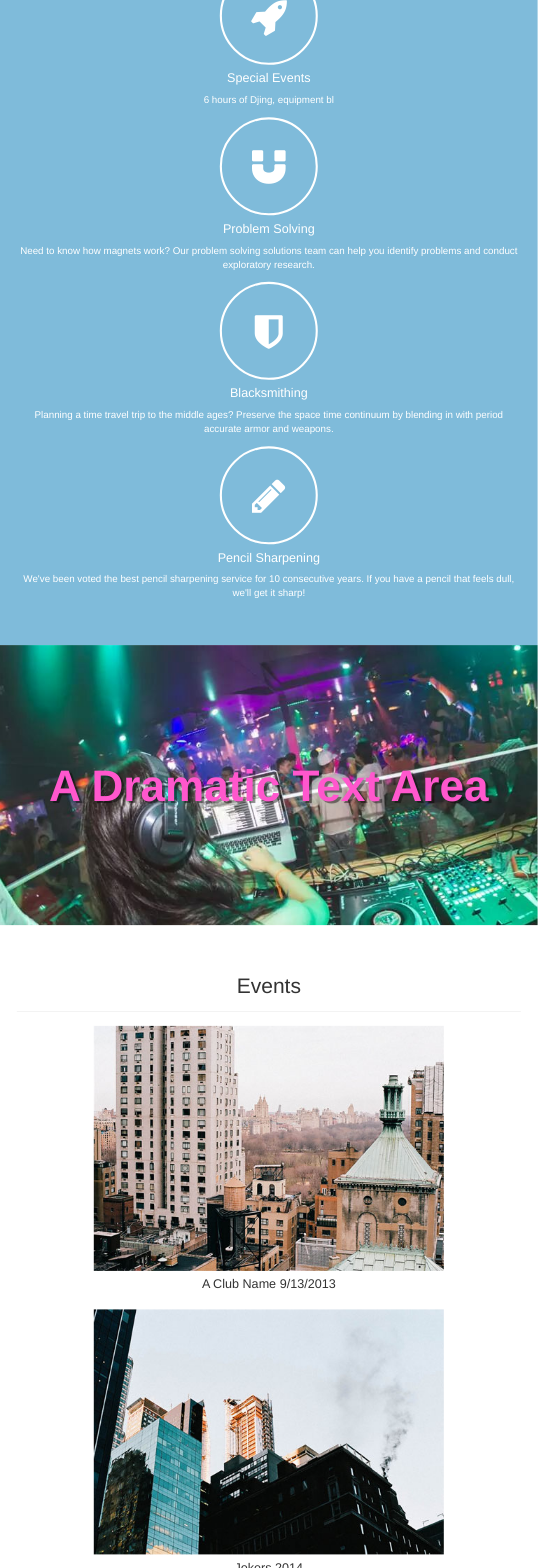
Repository: BambooXLotus/DjSylo
Page: client/index.html
The author's editor kept a record of every edit. The page is drawn from the files as they stood at one moment, then again after the next edit.
The browser window is 768 px wide. The pictures show the part of the page from y = 1982 to 4222 px (the page is 6121 px tall), at 70% of full size.
Some icons come from a web library that is not loaded, so they are not drawn. Some web libraries are served in a nearby version.

Above is the page before.

After the next edit:
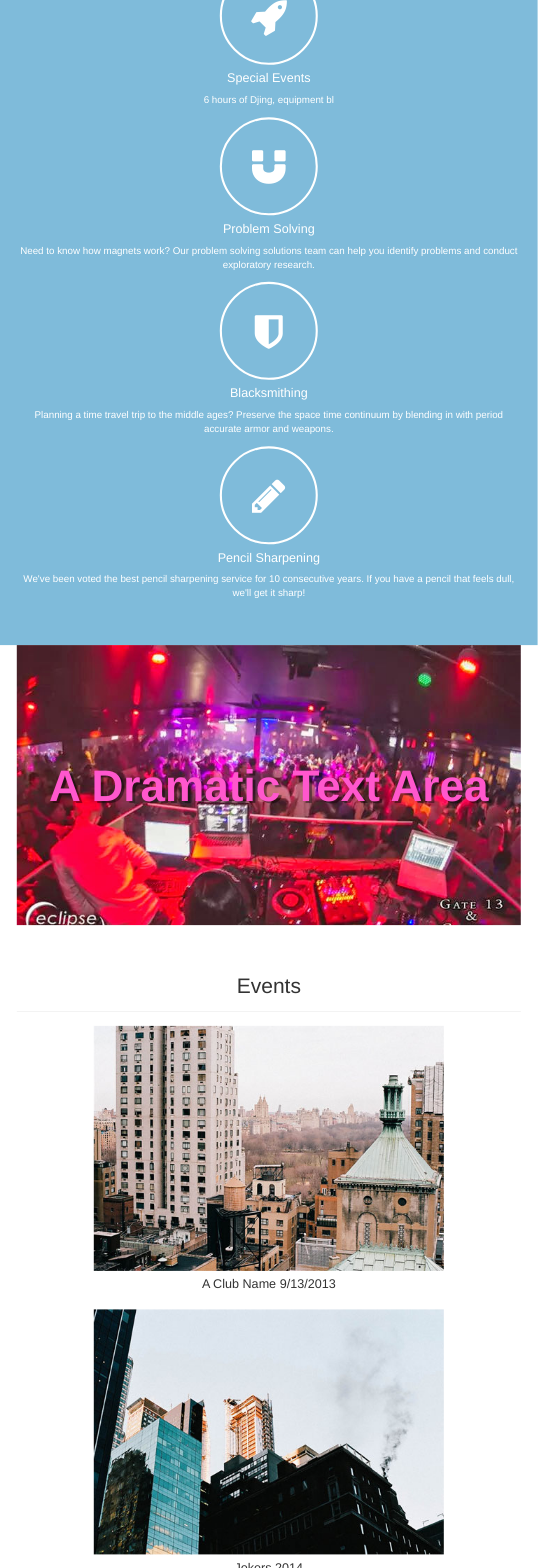
The edit:
--- a/client/css/stylish-portfolio.css
+++ b/client/css/stylish-portfolio.css
@@ -208,7 +208,7 @@
     background: url(../img/DJSyloJumbotron.jpeg) no-repeat center center scroll;
   }
   .callout {
-    background: url(../img/DJSyloJumbotron.jpeg) no-repeat center center scroll;
+    background: url(../img/callout_DJSylo.jpeg) no-repeat center center scroll;
   }
   .map {
     height: 75%;
